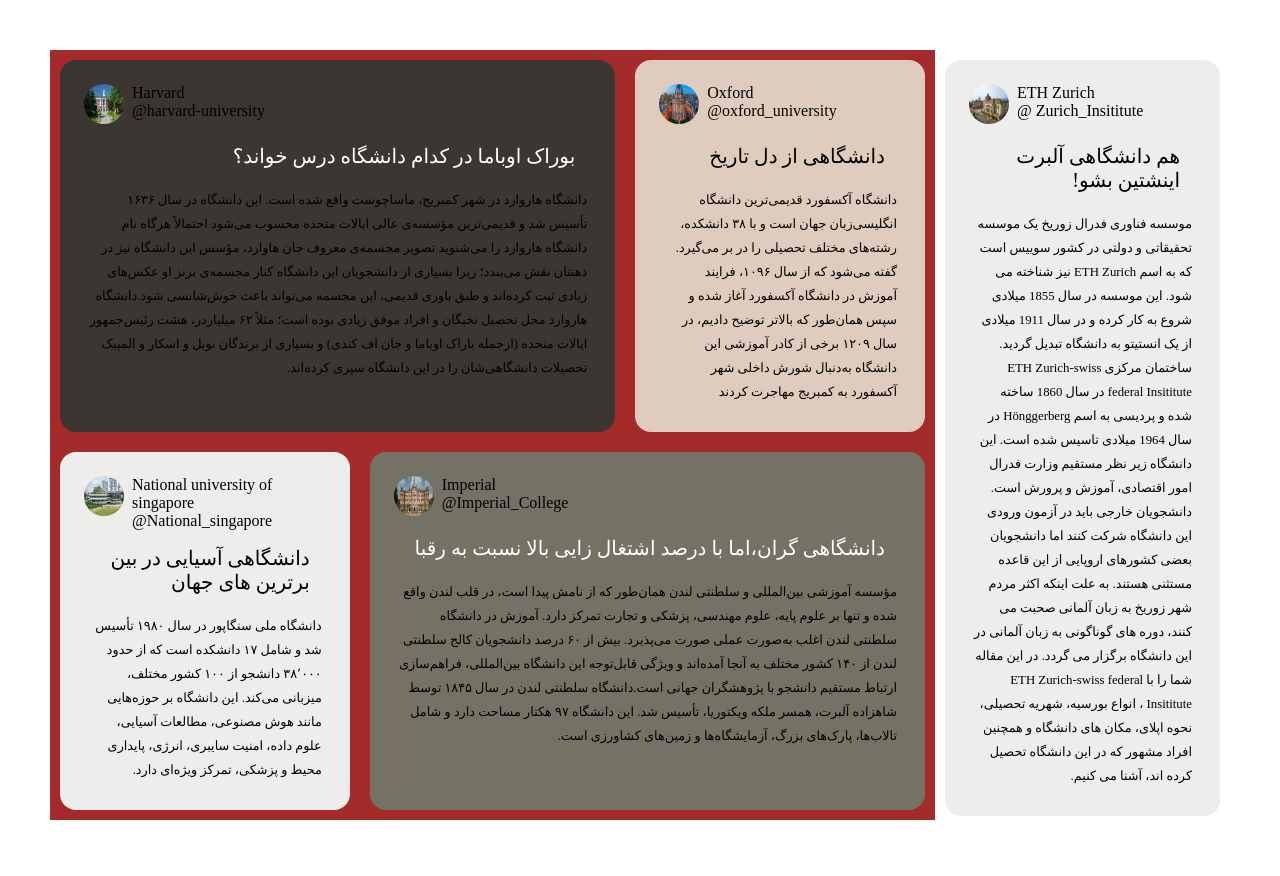
Repository: rahanwz/cards
Page: cards.html
These files come from the project's save history. The page is drawn as it stood at one moment and after a run of saves; the edit follows.
The browser window is 1280 px wide. The pictures show the whole page.

Above is the page before, as saved 2024-02-17 15:51:30.

After the next 5 saves:
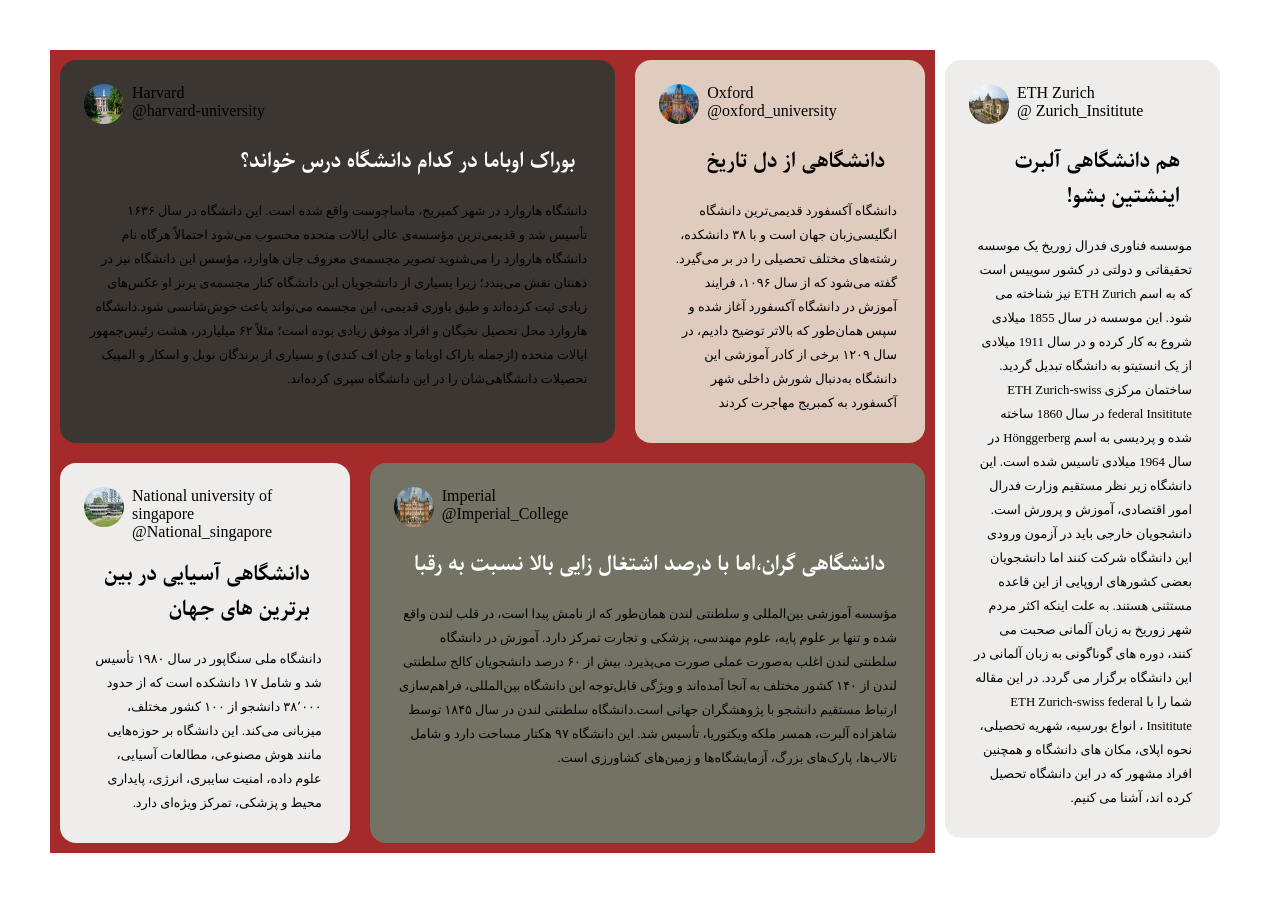
The 5 saves are shown as one change because they came seconds apart.
The last was saved 83 s later.
--- a/cards.css
+++ b/cards.css
@@ -98,7 +98,7 @@
 .descrip1{
  font-size:1.25rem;
  padding: 1rem;
-
+ font-family: titr;
 }
 
 .descrip2{
